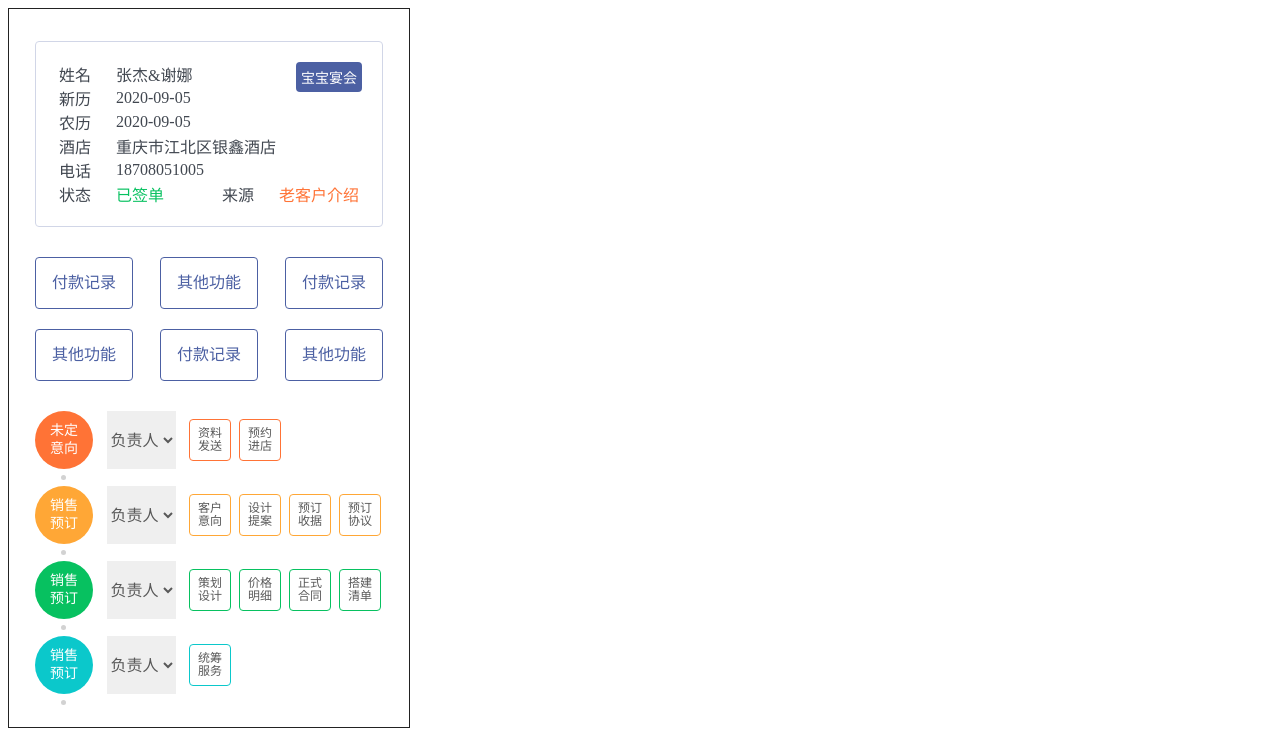
Repository: Lairuola/wedding-1
Page: index.html
An editor plug-in stored every save of this project. The page is shown before and after the next save, followed by the edit.
The browser window is 1280 px wide. The pictures show the whole page.

Above is the page before, as saved 2020-12-17 14:47:32.

### index.html
<!--
 * @Author       : 濑若拉
 * @Date         : 2020-12-17 10:22:14
 * @LastEditors  : 濑若拉
 * @LastEditTime : 2020-12-17 14:47:32
 * @FilePath     : /slidebar/index.html
-->


<!DOCTYPE html>
<html lang="en">

<head>
  <meta charset="UTF-8">
  <meta name="viewport" content="width=device-width, initial-scale=1.0">
  <title>Document</title>
  <style>
    .slide-left {
      width: 402px;
      height: 100vh;
      box-sizing: border-box;
      padding: 32px 26px;
      overflow-y: auto;
      display: flex;
      flex-direction: column;
      align-items: center;
      border: 1px solid #222;
    }

    .info {
      width: 100%;
      height: 328px;
      display: flex;
      flex-direction: column;
      justify-content: space-between;
      padding: 20px 23px;
      position: relative;
      box-sizing: border-box;
      border-radius: 4px;
      border: solid 1px #d1d6e7;
    }

    .info .row {
      width: 100%;
      display: flex;
      font-size: 16px;
      color: #414750;
      flex-direction: row;
      align-items: center;
    }

    .info .row .label,
    .info .end-row .item .label {
      margin-right: 25px;
    }

    .info .end-row {
      width: 100%;
      display: flex;
      flex-direction: row;
      align-items: center;
      justify-content: space-between;
      font-size: 16px;
      color: #414750;
    }

    .info .end-row .item {
      display: flex;
      flex-direction: row;
      align-items: center;
      font-size: 16px;
      color: #414750;
    }

    .info .info-tag {
      padding: 5px;
      background-color: #4c60a3;
      border-radius: 4px;
      font-size: 14px;
      color: #fff;
      position: absolute;
      top: 20px;
      right: 20px;
    }

    .btn-area {
      width: 100%;
      display: flex;
      flex-direction: row;
      align-items: center;
      justify-content: space-between;
      flex-wrap: wrap;
      margin-top: 10px;
      margin-bottom: 30px;
    }

    .btn-area .btn {
      width: 96px;
      height: 50px;
      background-color: #ffffff;
      border-radius: 4px;
      border: solid 1px #4c60a3;
      font-size: 16px;
      color: #4c60a3;
      text-align: center;
      line-height: 50px;
      margin-top: 20px;
    }

    .bot-area {
      width: 100%;
      display: flex;
      flex-direction: column;
    }

    .bot-area .item {
      width: 100%;
      display: flex;
      flex-direction: row;
      position: relative;
      padding-bottom: 17px;
    }

    .bot-area .item .circle {
      width: 58px;
      height: 58px;
      color: #fff;
      border-radius: 100%;
      display: flex;
      align-items: center;
      justify-content: center;
    }

    .bot-area .item .circle .text {
      width: 28px;
      height: 36px;
      font-size: 14px;
      line-height: 18px;
    }

    .bot-area .item .select-wrap {
      width: 96px;
      text-align: center;
    }

    .bot-area .item .select-wrap .bot-select {
      border: none;
      outline: none;
      color: #595959;
      font-size: 16px;
      height: 58px;
    }

    .bot-area .item .btn-row {
      flex: 1;
      display: flex;
      flex-direction: row;
      flex-wrap: wrap;
      margin-right: -8px;
    }

    .bot-area .item .btn-row .btn {
      width: 40px;
      height: 40px;
      border-radius: 4px;
      margin-right: 8px;
      border: 1px solid;
      display: flex;
      align-items: center;
      justify-content: center;
      margin-top: 8px;
      color: #595959;
    }

    .bot-area .item .btn-row .btn .word {
      width: 24px;
      height: 26px;
      font-size: 12px;
      line-height: 13px;
      letter-spacing: 0px;
    }

    .bot-area .item .dot {
      width: 5px;
      height: 5px;
      background-color: #d2d2d2;
      border-radius: 100%;
      position: absolute;
      bottom: 6px;
      left: 26px;
    }

    .bot-area .item .btn-row .btn.orange {
      border-color: #ff7336;
    }

    .bot-area .item .btn-row .btn.orange:hover {
      background-color: #ff7336;
      color: #fff;
    }

    .bot-area .item .btn-row .btn.yellow {
      border-color: #ffa736;
    }

    .bot-area .item .btn-row .btn.yellow:hover {
      background-color: #ffa736;
      color: #fff;
    }

    .bot-area .item .btn-row .btn.green {
      border-color: #07c160;
    }

    .bot-area .item .btn-row .btn.green:hover {
      background-color: #07c160;
      color: #fff;
    }

    .bot-area .item .btn-row .btn.aqua {
      border-color: #0bc8cb;
    }

    .bot-area .item .btn-row .btn.aqua:hover {
      background-color: #0bc8cb;
      color: #fff;
    }

    .color-green {
      color: #07c160
    }

    .color-orange {
      color: #ff7336;
    }

    .bg-color-red {
      background-color: #ff7336;
    }

    .bg-color-yellow {
      background-color: #ffa736;
    }

    .bg-color-green {
      background-color: #07c160;
    }

    .bg-color-aqua {
      background-color: #0bc8cb;
    }
  </style>
</head>

<body>
  <div class="slide-left">
    <!-- 资料 -->
    <div class="info">
      <div class="row">
        <div class="label">姓名</div>
        <div class="content">张杰&谢娜</div>
      </div>
      <div class="row">
        <div class="label">新历</div>
        <div class="content">2020-09-05</div>
      </div>
      <div class="row">
        <div class="label">农历</div>
        <div class="content">2020-09-05</div>
      </div>
      <div class="row">
        <div class="label">酒店</div>
        <div class="content">重庆市江北区银鑫酒店</div>
      </div>
      <div class="row">
        <div class="label">电话</div>
        <div class="content">18708051005</div>
      </div>
      <div class="end-row">
        <div class="item">
          <div class="label">状态</div>
          <div class="content color-green">已签单</div>
        </div>
        <div class="item">
          <div class="label">来源</div>
          <div class="content color-orange">老客户介绍</div>
        </div>
      </div>
      <!-- tag -->
      <div class="info-tag">宝宝宴会</div>
    </div>
    <!-- btn-area -->
    <div class="btn-area">
      <div class="btn">付款记录</div>
      <div class="btn">其他功能</div>
      <div class="btn">付款记录</div>
      <div class="btn">其他功能</div>
      <div class="btn">付款记录</div>
      <div class="btn">其他功能</div>
    </div>
    <!-- bot-area -->
    <div class="bot-area">
      <div class="item">
        <div class="circle bg-color-red">
          <div class="text">未定意向</div>
        </div>
        <div class="select-wrap">
          <select class='bot-select' name="" id="">
            <option value="">负责人</option>
          </select>
        </div>
        <div class="btn-row">
          <div class="btn orange">
            <div class="word">资料发送</div>
          </div>
          <div class="btn orange">
            <div class="word">预约进店</div>
          </div>
        </div>
        <div class="dot"></div>
      </div>
      <div class="item">
        <div class="circle bg-color-yellow">
          <div class="text">销售预订</div>
        </div>
        <div class="select-wrap">
          <select class='bot-select' name="" id="">
            <option value="">负责人</option>
          </select>
        </div>
        <div class="btn-row">
          <div class="btn yellow">
            <div class="word">客户意向</div>
          </div>
          <div class="btn yellow">
            <div class="word">设计提案</div>
          </div>
          <div class="btn yellow">
            <div class="word">预订收据</div>
          </div>
          <div class="btn yellow">
            <div class="word">预订协议</div>
          </div>
        </div>
        <div class="dot"></div>
      </div>
      <div class="item">
        <div class="circle bg-color-green">
          <div class="text">销售预订</div>
        </div>
        <div class="select-wrap">
          <select class='bot-select' name="" id="">
            <option value="">负责人</option>
          </select>
        </div>
        <div class="btn-row">
          <div class="btn green">
            <div class="word">策划设计</div>
          </div>
          <div class="btn green">
            <div class="word">价格明细</div>
          </div>
          <div class="btn green">
            <div class="word">正式合同</div>
          </div>
          <div class="btn green">
            <div class="word">搭建清单</div>
          </div>
        </div>
        <div class="dot"></div>
      </div>
      <div class="item">
        <div class="circle bg-color-aqua">
          <div class="text">销售预订</div>
        </div>
        <div class="select-wrap">
          <select class='bot-select' name="" id="">
            <option value="">负责人</option>
          </select>
        </div>
        <div class="btn-row">
          <div class="btn aqua">
            <div class="word">统筹服务</div>
          </div>
        </div>
        <div class="dot"></div>
      </div>
    </div>
  </div>
</body>

</html>

After the next save:
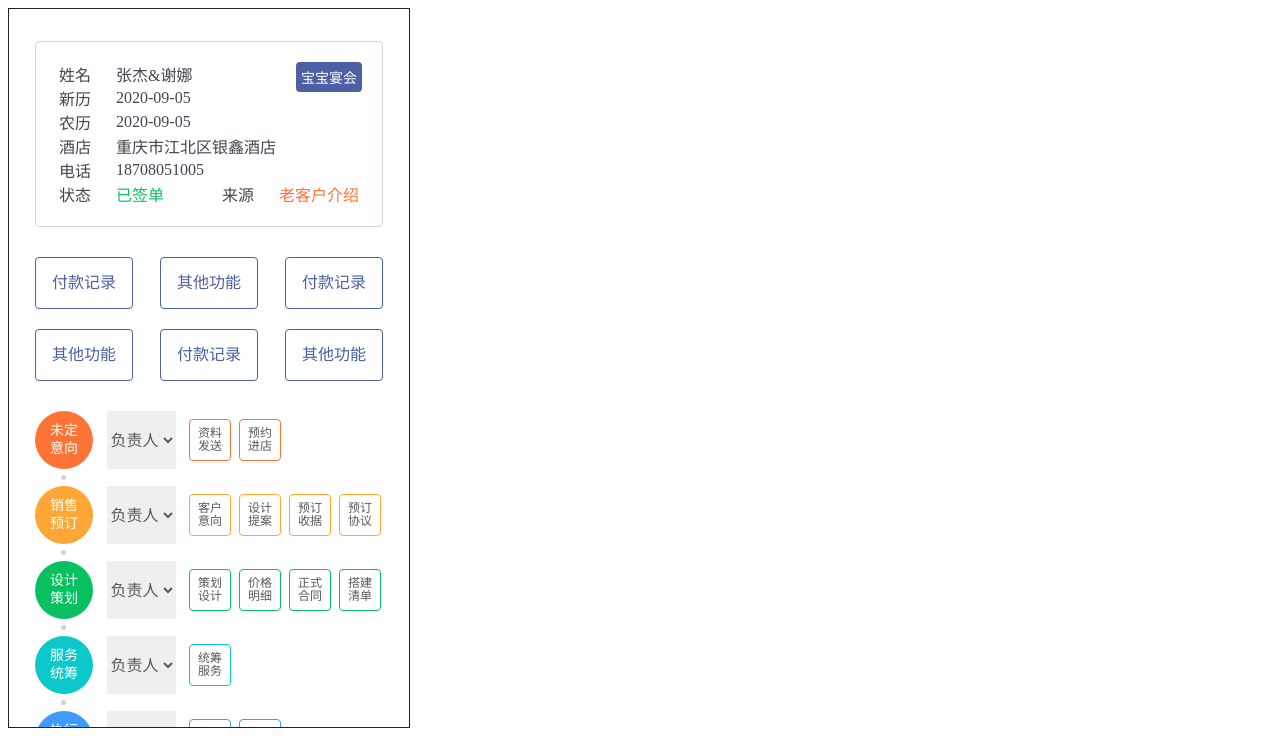
Saved 4 min 17 s later.
--- a/index.html
+++ b/index.html
@@ -2,7 +2,7 @@
  * @Author       : 濑若拉
  * @Date         : 2020-12-17 10:22:14
  * @LastEditors  : 濑若拉
- * @LastEditTime : 2020-12-17 14:47:32
+ * @LastEditTime : 2020-12-17 14:51:49
  * @FilePath     : /slidebar/index.html
 -->
 
@@ -226,6 +226,24 @@
       color: #fff;
     }
 
+    .bot-area .item .btn-row .btn.blue {
+      border-color: #3d9bfb;
+    }
+
+    .bot-area .item .btn-row .btn.blue:hover {
+      background-color: #3d9bfb;
+      color: #fff;
+    }
+
+    .bot-area .item .btn-row .btn.cornflowerblue {
+      border-color: #4c60a3;
+    }
+
+    .bot-area .item .btn-row .btn.cornflowerblue:hover {
+      background-color: #4c60a3;
+      color: #fff;
+    }
+
     .color-green {
       color: #07c160
     }
@@ -248,6 +266,14 @@
 
     .bg-color-aqua {
       background-color: #0bc8cb;
+    }
+
+    .bg-color-blue {
+      background-color: #3d9bfb;
+    }
+
+    .bg-color-cornflowerblue {
+      background-color: #4c60a3;
     }
   </style>
 </head>
@@ -346,7 +372,7 @@
       </div>
       <div class="item">
         <div class="circle bg-color-green">
-          <div class="text">销售预订</div>
+          <div class="text">设计策划</div>
         </div>
         <div class="select-wrap">
           <select class='bot-select' name="" id="">
@@ -371,7 +397,7 @@
       </div>
       <div class="item">
         <div class="circle bg-color-aqua">
-          <div class="text">销售预订</div>
+          <div class="text">服务统筹</div>
         </div>
         <div class="select-wrap">
           <select class='bot-select' name="" id="">
@@ -384,6 +410,40 @@
           </div>
         </div>
         <div class="dot"></div>
+      </div>
+      <div class="item">
+        <div class="circle bg-color-blue">
+          <div class="text">执行搭建</div>
+        </div>
+        <div class="select-wrap">
+          <select class='bot-select' name="" id="">
+            <option value="">负责人</option>
+          </select>
+        </div>
+        <div class="btn-row">
+          <div class="btn blue">
+            <div class="word">搭建确认</div>
+          </div>
+          <div class="btn blue">
+            <div class="word">执行完成</div>
+          </div>
+        </div>
+        <div class="dot"></div>
+      </div>
+      <div class="item">
+        <div class="circle bg-color-cornflowerblue">
+          <div class="text">成本结算</div>
+        </div>
+        <div class="select-wrap">
+          <select class='bot-select' name="" id="">
+            <option value="">负责人</option>
+          </select>
+        </div>
+        <div class="btn-row">
+          <div class="btn cornflowerblue">
+            <div class="word">成本核算</div>
+          </div>
+        </div>
       </div>
     </div>
   </div>
